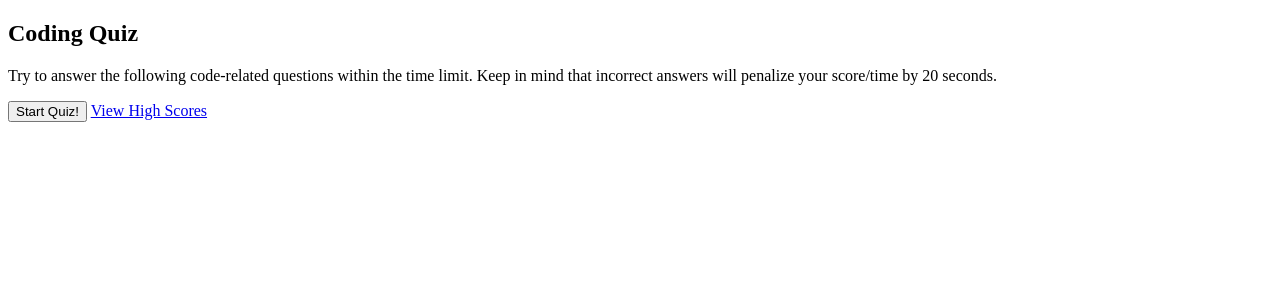
Repository: ziffoit/Code-Quiz
Page: index.html
The author's editor kept a copy of each file at every save. The page is drawn from the files as they stood at one save, then again after the next save.
The browser window is 1280 px wide. The pictures show the whole page.

Above is the page before, as saved 2021-03-13 23:02:45.

### index.html
<!DOCTYPE html>
<html lang="en">
  <head>
    <meta charset="UTF-8" />
    <meta name="viewport" content="width=device-width, initial-scale=1.0" />
    <link rel="stylesheet" href="./Assets/style.css" />
    <title>Document</title>
  </head>
  <body>
    <header>
      <p class="timer"></p>
    </header>
    <!-- hide this section -->
    <section id="titlePage">
      <h1>Coding Quiz</h1>
      <p>
        Try to answer the following code-related questions within the time
        limit. Keep in mind that incorrect answers will penalize your score/time
        by 20 seconds.
      </p>
      <button id="startQuiz">Start Quiz!</button>
      <a href="./highScore.html">View High Scores</a>
    </section>
    <section id="quizSection">
      <h1 id="quizQuestion"></h1>
      <div id="previousResult"></div>
    </section>
    <section id="endPage">
      <h1>Finish!</h1>
      <p>Your final score is:</p>
      <p id="finalScore"></p>
      <form id="initialsForm">
        <input type="text" id="initials" />
        <button type="submit">Submit</button>
      </form>
    </section>
    <script src="./Assets/script.js"></script>
    <script src="./Assets/highscore.js"></script>
  </body>
</html>

### Assets/script.js
var timerCount = 60
var previousResult = document.querySelector("#previousResult")
var startQuizBtn = document.querySelector("#startQuiz")
var titlePage = document.querySelector("#titlePage")
var quizQuestion = document.querySelector("#quizQuestion")
var quizSection = document.querySelector("#quizSection")
var timer;
var timerElement = document.querySelector(".timer")
var endPage = document.querySelector("#endPage")
var finalScore = document.querySelector("#finalScore")
var initials = document.querySelector("#initials")
var initialsForm = document.querySelector("#initialsForm")
var questionsArray = [
    {
        question:"Commonly used data types DO NOT include:",
        answer:["strings", "booleans", "alerts", "numbers"],
        correctAnswer:"alerts"
    },
    {
        question:"The condition within an if/else statement is enclosed within:",
        answer:["quotes", "curly brackets", "parentheses", "square brackets"],
        correctAnswer:"parentheses"
    },
    {
        question:"Arrays in JavaScript can be used to store:",
        answer:["numbers and strings", "other arrays", "booleans", "all of the above"],
        correctAnswer:"all of the above"
    },
]
var questionTracker = 0
endPage.setAttribute("class", "hidden")
//executed when start button is clicked
// local storage for keeping highscores
function startQuiz() {
    questionTracker = 0
    titlePage.setAttribute("class", "hidden")
    timer = setInterval(startTimer, 1000)
    timerElement.textContent = timerCount
    //hide titlePage section show question 1
    previousResult.textContent = ""
    timerElement.removeAttribute("class")
    quizSection.removeAttribute("class")
    renderQuestion()
}

function startTimer() {
    timerCount--
    timerElement.textContent = timerCount
      if (timerCount <= 0) {
        // Clears interval through renderEndPage
        renderEndPage()
      }
    }
function renderQuestion() {
    if (questionTracker >= questionsArray.length){
        renderEndPage()
        return
    }
    var currentQuestion = questionsArray[questionTracker]
    quizQuestion.textContent = currentQuestion.question
    for (let i = 0; i < currentQuestion.answer.length; i++) {
        const answer = currentQuestion.answer[i];
        var button = document.createElement("button")
        button.textContent = answer
        button.className = "questionAnswer"
        quizSection.append(button)
        if (answer === currentQuestion.correctAnswer) {
            button.addEventListener("click", correctAnswer)
        } else {
            button.addEventListener("click", incorrectAnswer)
        }
        // when user clicks button for next question questionTracker++
    }
}

function removeButtons() {
    var buttons = document.getElementsByClassName("questionAnswer")
    while (buttons.length > 0) {
        buttons[0].remove()
    }
}

function loadNextQuestion() {
    questionTracker++
    removeButtons()
    renderQuestion()
}

function correctAnswer() {
    loadNextQuestion()
    previousResult.textContent = "Correct!"

}
//timer penalty for wrong answer
function incorrectAnswer() {
    loadNextQuestion()
    previousResult.textContent = "Incorrect!"
    timerCount = timerCount - 20

}
// end of quiz
function renderEndPage() {
    var score = timerCount
    finalScore.textContent = score
    quizSection.setAttribute("class", "hidden")
    timerElement.setAttribute("class", "hidden")
    clearInterval(timer)
    endPage.removeAttribute("class")

}

function saveHighScores(event) {
    event.preventDefault()

    var scoreHistory = JSON.parse(localStorage.getItem("score")) || []
    var currentScore = {
        name: initials.value,
        score: finalScore.textContent
    }

    scoreHistory.push(currentScore)
    localStorage.setItem("score", JSON.stringify(scoreHistory))
    endPage.setAttribute("class", "hidden")
    titlePage.removeAttribute("class")
}

startQuizBtn.addEventListener("click", startQuiz)
initialsForm.addEventListener("submit", saveHighScores)

### Assets/highscore.js
var scoreList = document.querySelector("#scoreList")

var scores = JSON.parse(localStorage.getItem("score")) || []
for (let i = 0; i < scores.length; i++) {
    const currentScore = scores[i];
    var listItem = document.createElement("li")
    listItem.textContent = `${currentScore.score} - ${currentScore.name}`
    scoreList.append(listItem)
}

Loaded but not shown: Assets/style.css (common file)

After the next save:
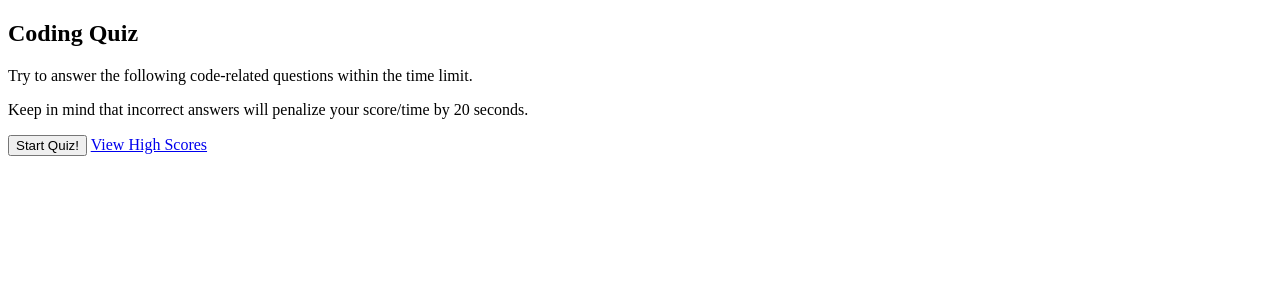
Saved 8 min 41 s later.
--- a/index.html
+++ b/index.html
@@ -15,8 +15,11 @@
       <h1>Coding Quiz</h1>
       <p>
         Try to answer the following code-related questions within the time
-        limit. Keep in mind that incorrect answers will penalize your score/time
-        by 20 seconds.
+        limit.
+      </p>
+      <p>
+        Keep in mind that incorrect answers will penalize your score/time by 20
+        seconds.
       </p>
       <button id="startQuiz">Start Quiz!</button>
       <a href="./highScore.html">View High Scores</a>
@@ -28,7 +31,7 @@
     <section id="endPage">
       <h1>Finish!</h1>
       <p>Your final score is:</p>
-      <p id="finalScore"></p>
+      <span id="finalScore"></span>
       <form id="initialsForm">
         <input type="text" id="initials" />
         <button type="submit">Submit</button>
